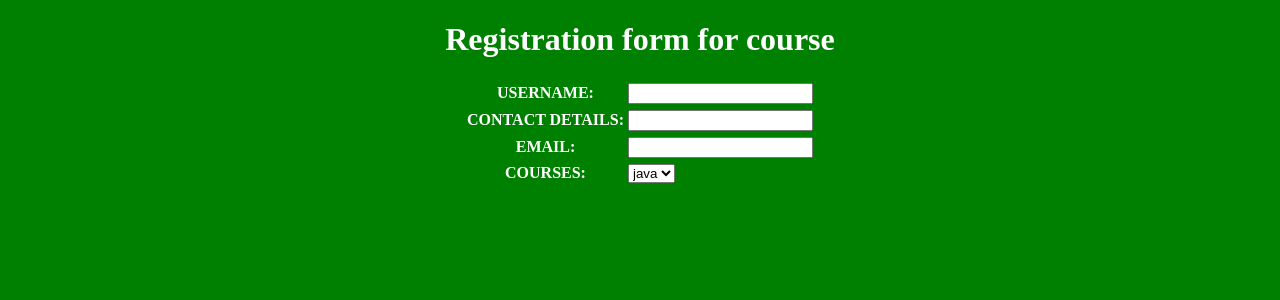
Repository: lalitkrchoudhary/Servlet-notes
Page: RequestServletApp/src/main/webapp/register.html
These files come from the project's save history. The page is drawn as it stood at one moment and after the next save; the edit follows.
The browser window is 1280 px wide. The pictures show the whole page.

Above is the page before, as saved 2024-04-28 22:55:53.

After the next save:
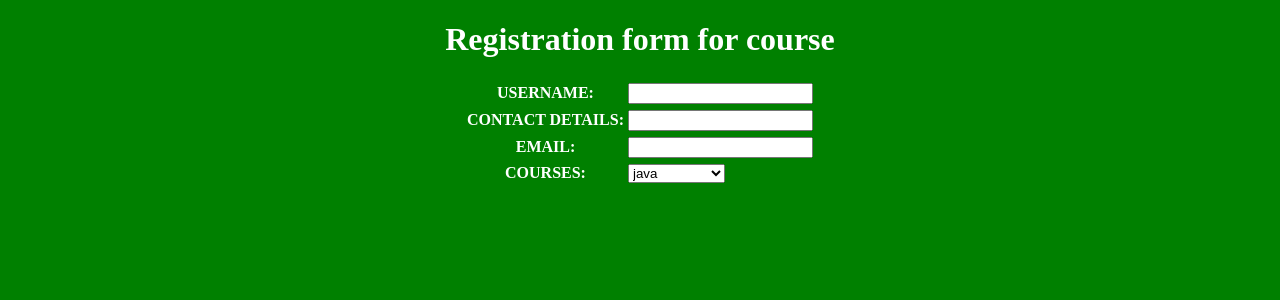
Saved 30 s later.
--- a/RequestServletApp/src/main/webapp/register.html
+++ b/RequestServletApp/src/main/webapp/register.html
@@ -29,6 +29,9 @@
 <td>
 <select>
 <option> java </option>
+<option> hibernate </option>
+<option> spring </option>
+<option> microservice </option>
 </select>
 
 </td>
